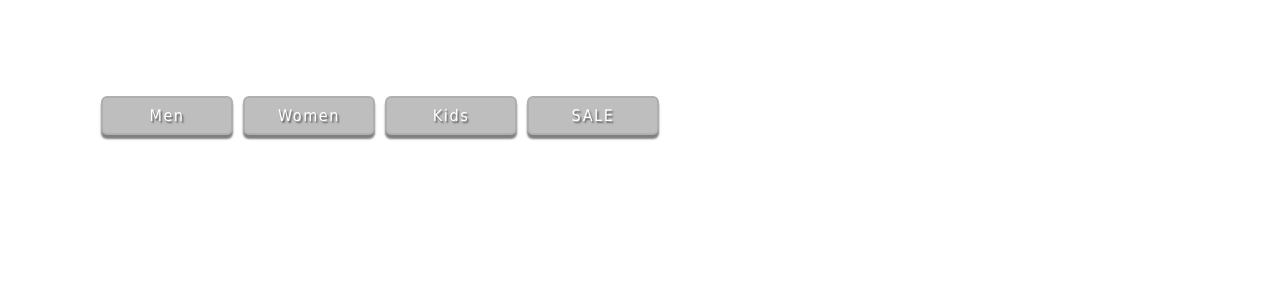
Repository: Colo-Codes/code-practice
Page: 02-css-practice-13-animations.html
The author's editor kept a copy of each file at every save. The page is drawn from the files as they stood at one save, then again after the next save.
The browser window is 1280 px wide. The pictures show the whole page.
The pointer rests on the first visible `a`.

Above is the page before, as saved 2021-06-07 11:02:16.

After the next save:
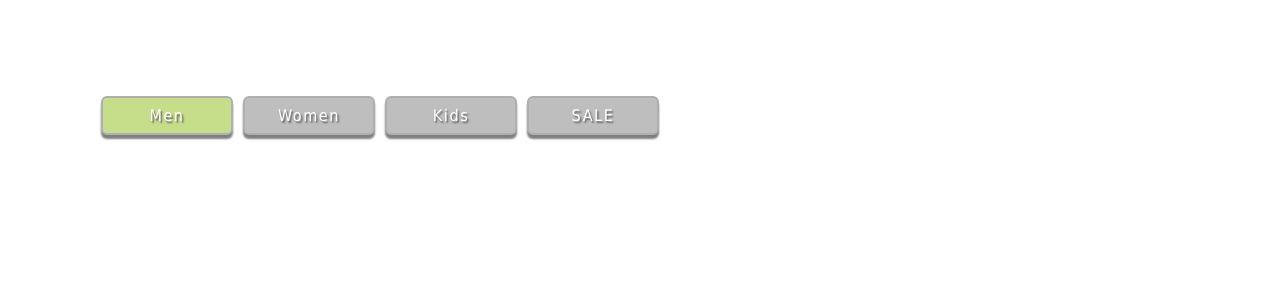
Saved 2 min 20 s later.
--- a/02-css-practice-13-animations.html
+++ b/02-css-practice-13-animations.html
@@ -30,6 +30,10 @@ a {
   box-shadow: 0 4px 2px rgba(0,0,0,.5);
 }
 
+a:hover {
+    background-color: #c6de89;
+}
+
 </style>
 
 
